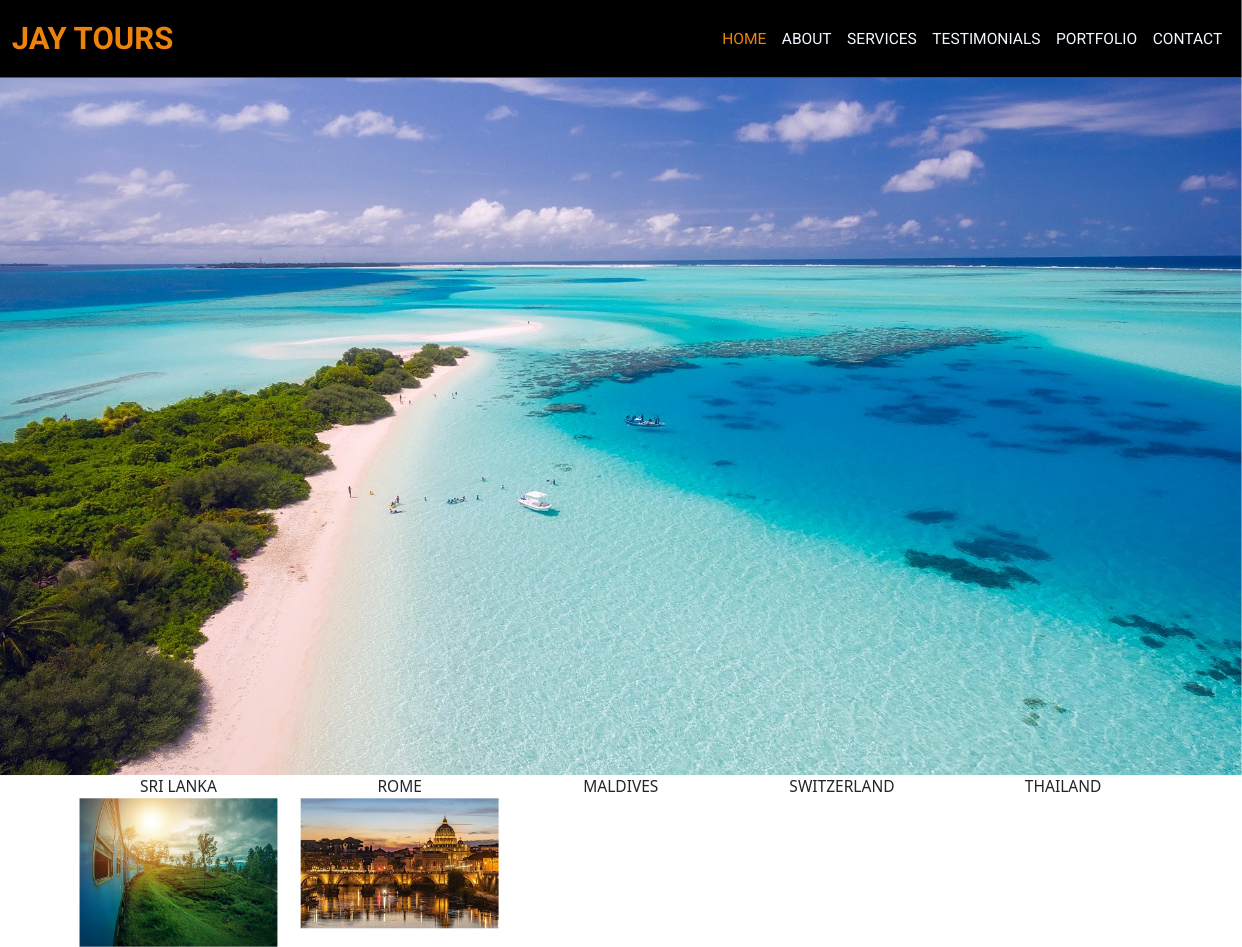
Repository: kasundiudn/Jay-Travel
Page: index.html
The author's editor kept a copy of each file at every save. The page is drawn from the files as they stood at one save, then again after a run of saves.
The browser window is 1280 px wide. The pictures show the whole page, at 97% of full size.

Above is the page before, as saved 2025-06-26 10:19:45.

### index.html
<!doctype html>
<html lang="en">
  <head>
    <meta charset="utf-8">
    <meta name="viewport" content="width=device-width, initial-scale=1">
    <title>Bootstrap demo</title>
    <link rel="preconnect" href="https://fonts.googleapis.com">
    <link rel="preconnect" href="https://fonts.gstatic.com" crossorigin>
    <link href="https://fonts.googleapis.com/css2?family=Roboto:ital,wght@0,100..900;1,100..900&display=swap" rel="stylesheet">
    <link href="https://cdn.jsdelivr.net/npm/bootstrap@5.3.7/dist/css/bootstrap.min.css" rel="stylesheet" integrity="sha384-LN+7fdVzj6u52u30Kp6M/trliBMCMKTyK833zpbD+pXdCLuTusPj697FH4R/5mcr" crossorigin="anonymous">
  <style>
    header{  font-family: "Roboto", sans-serif;
           }
    .nav-link{
        color: aliceblue;
    }

  </style>
  </head>
  <body>
<header>
    <nav class="navbar navbar-expand-lg " style="background-color: black; height: 80px;">
  <div class="container-fluid">
    <a class="navbar-brand" href="#" style="color: #eb830c; font-weight: bold;  font-size:xx-large;">JAY TOURS</a>
    <button class="navbar-toggler" type="button" data-bs-toggle="collapse" data-bs-target="#navbarSupportedContent" aria-controls="navbarSupportedContent" aria-expanded="false" aria-label="Toggle navigation">
      <span class="navbar-toggler-icon"></span>
    </button>
    <div class="collapse navbar-collapse justify-content-end" id="navbarSupportedContent">
      <ul class="navbar-nav mb-2 mb-lg-0">
        <li class="nav-item">
          <a class="nav-link active" aria-current="page" href="#" style="color: #eb830c;">HOME</a>
        </li>
        <li class="nav-item">
          <a class="nav-link" href="#">ABOUT</a>
        </li>
         <li class="nav-item">
          <a class="nav-link" href="#">SERVICES</a>
        </li>
         <li class="nav-item">
          <a class="nav-link" href="#">TESTIMONIALS</a>
        </li>
         <li class="nav-item">
          <a class="nav-link" href="#">PORTFOLIO</a>
        </li>
         <li class="nav-item">
          <a class="nav-link" href="#">CONTACT</a>
        </li>
    </div>
  </div>
</nav>
</header>
<img src="main.jpg" alt="Beach image" style="width: 100%; height: auto;">

<div class="container text-center">
  <div class="row">
    <div class="col">
      SRI LANKA
      <img src="Sri Lanka.jpg" alt="SRI LANKA" style="width: 100%; height: auto;">
    </div>
    <div class="col">
      ROME
      <img src="Rome.jpg" alt="SRI LANKA" style="width: 100%; height: auto;">
    </diV>
    <div class="col">
      MALDIVES
    </div>
    <div class="col">
      SWITZERLAND
    </div>
    <div class="col">
      THAILAND
    </div>
  </div>
</div>

    <script src="https://cdn.jsdelivr.net/npm/@popperjs/core@2.11.8/dist/umd/popper.min.js" integrity="sha384-I7E8VVD/ismYTF4hNIPjVp/Zjvgyol6VFvRkX/vR+Vc4jQkC+hVqc2pM8ODewa9r" crossorigin="anonymous"></script>
<script src="https://cdn.jsdelivr.net/npm/bootstrap@5.3.7/dist/js/bootstrap.min.js" integrity="sha384-7qAoOXltbVP82dhxHAUje59V5r2YsVfBafyUDxEdApLPmcdhBPg1DKg1ERo0BZlK" crossorigin="anonymous"></script>
  </body>
</html>

After the next 3 saves:
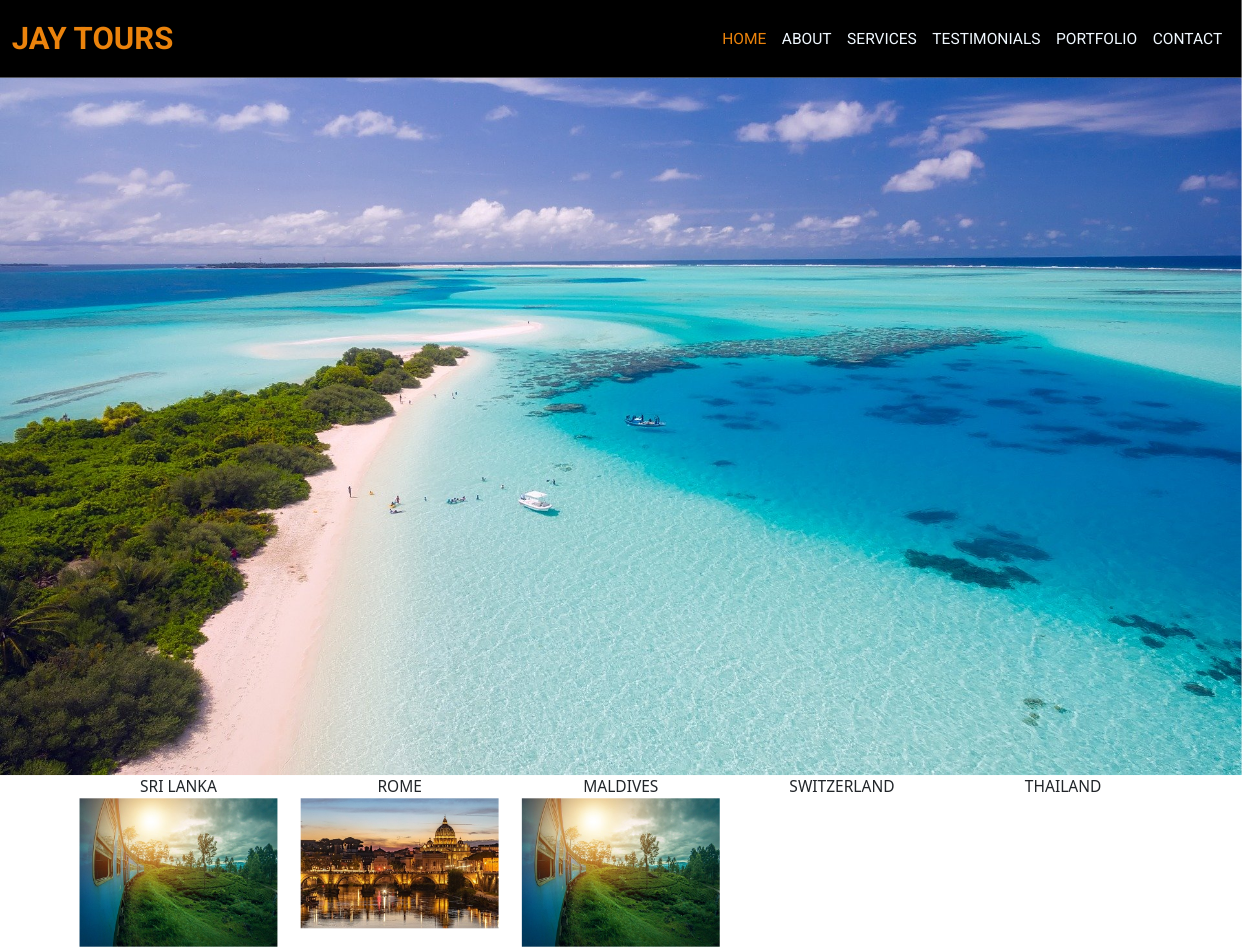
The 3 saves are shown as one change because they came seconds apart.
The last was saved 10 s later.
--- a/index.html
+++ b/index.html
@@ -59,10 +59,11 @@
     </div>
     <div class="col">
       ROME
-      <img src="Rome.jpg" alt="SRI LANKA" style="width: 100%; height: auto;">
+      <img src="Rome.jpg" alt="ROME" style="width: 100%; height: auto;">
     </diV>
     <div class="col">
       MALDIVES
+      <img src="Sri Lanka.jpg" alt="SRI LANKA" style="width: 100%; height: auto;">
     </div>
     <div class="col">
       SWITZERLAND
